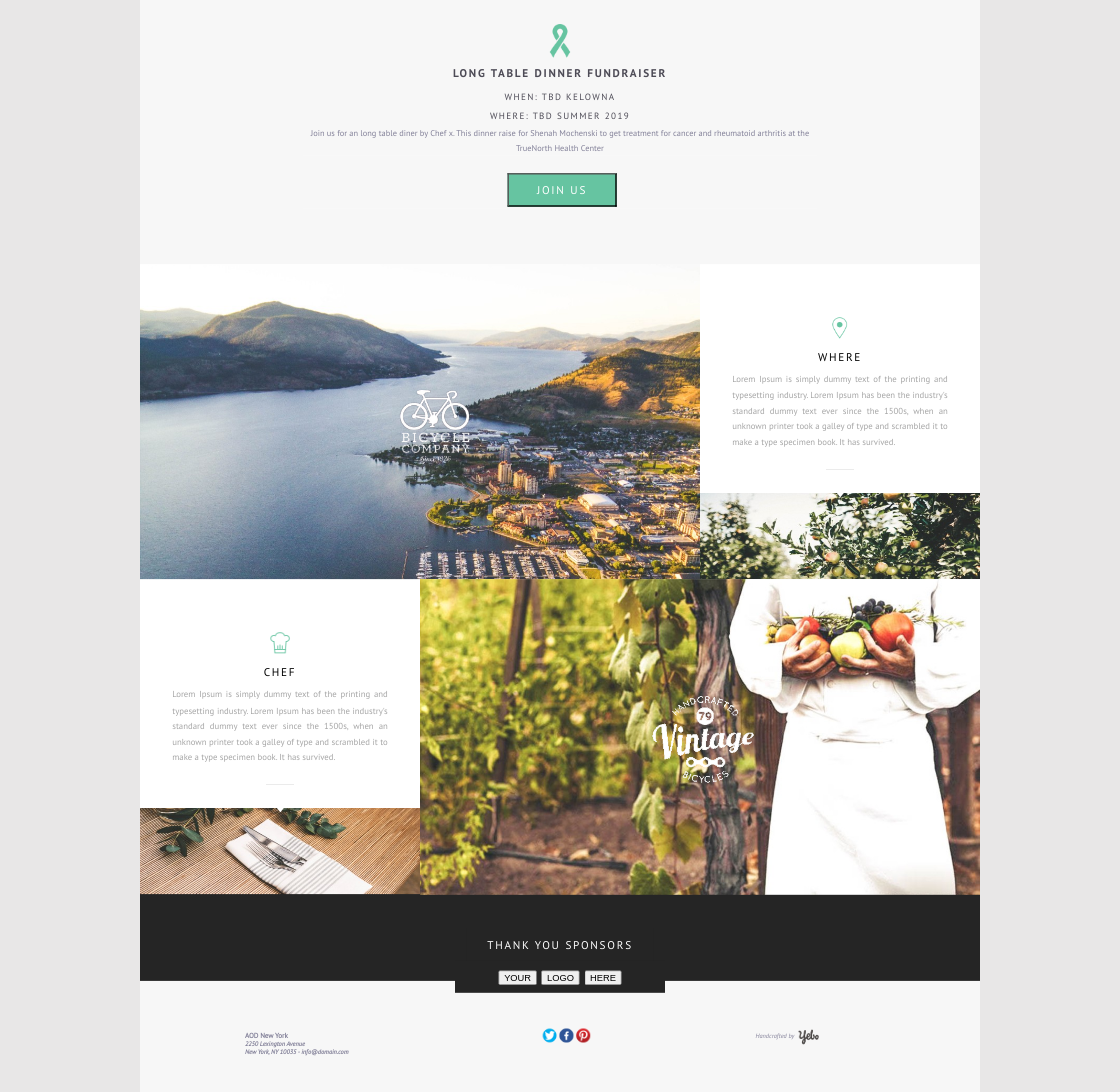
Repository: vancodes/longtable
Page: index.html
The author's editor kept a copy of each file at every save. The page is drawn from the files as they stood at one save, then again after the next save.
The browser window is 1280 px wide. The page is 1600 px wide, so the pictures cover 1600 px, including what lies to the right of the window. The pictures show the part of the page from y = 796 to 2356 px (the page is 2356 px tall), at 70% of full size.

Above is the page before, as saved 2019-04-08 15:56:29.

After the next save:
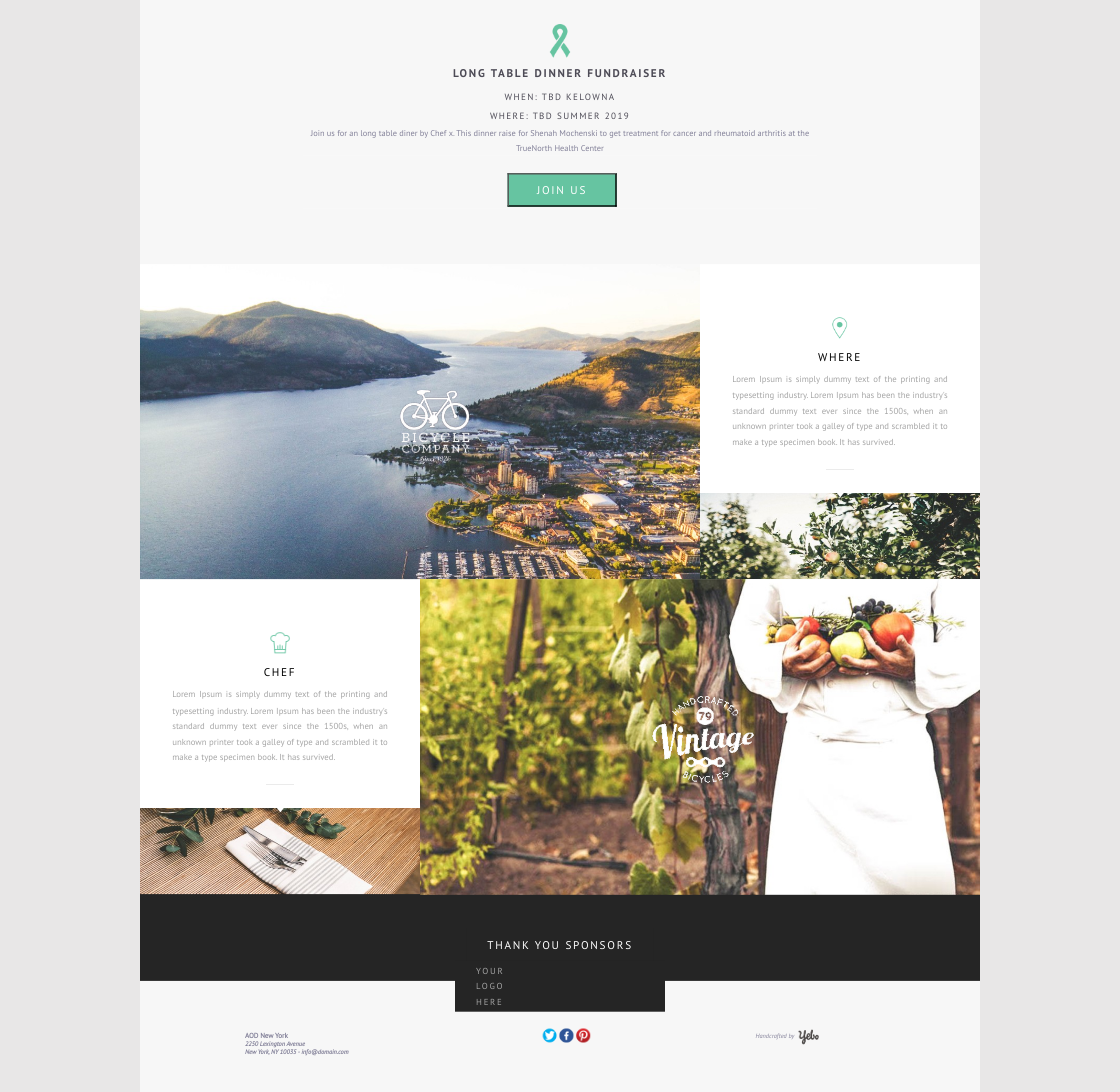
Saved 22 s later.
--- a/index.html
+++ b/index.html
@@ -181,9 +181,9 @@
             <button>Thank You Sponsors</button>
           </div>
           <div class="sponsor-logo">
-            <button>YOUR</button>
-            <button>LOGO</button>
-            <button>HERE</button>
+            <p>YOUR</p>
+            <p>LOGO</p>
+            <p>HERE</p>
           </div>
       </div>
         </div>
